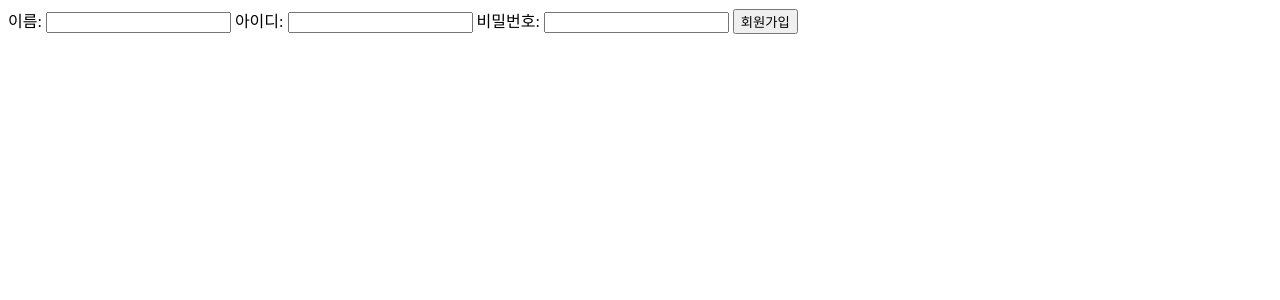
Repository: Shinipsae/2020JavaWeb-study
Page: http://localhost/servletex/view/signup.jsp
These files come from the project's save history. The page is drawn as it stood at one moment and after the next save; the edit follows.
The browser window is 1280 px wide. The pictures show the whole page.
The page is served by Tomcat 9. Other server files are loaded and not shown.

Above is the page before, as saved 2020-09-26 04:51:02.

### servletex/WebContent/view/signup.jsp
<%@ page language="java" contentType="text/html; charset=UTF-8"
    pageEncoding="UTF-8"%>
<!DOCTYPE html>
<html>
<head>
<meta charset="UTF-8">
<title>회원가입</title>
</head>
<body>
<form action="post" action = "<%=request.getContextPath()%>/signup">
	이름: <input type="text" name="name">
	아이디: <input type="text" name="id">
	비밀번호: <input type="text" name="pw">
	<input type="submit" value="회원가입">
</form>
</body>
</html>

After the next save:
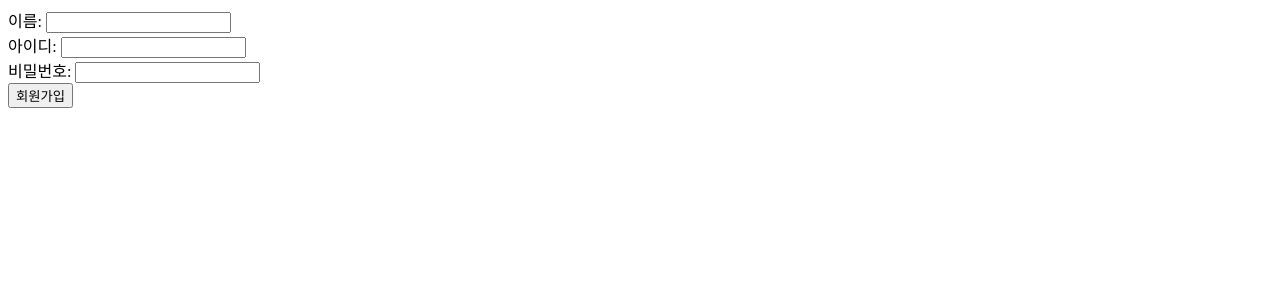
Saved 40 s later.
--- a/servletex/WebContent/view/signup.jsp
+++ b/servletex/WebContent/view/signup.jsp
@@ -8,9 +8,9 @@
 </head>
 <body>
 <form action="post" action = "<%=request.getContextPath()%>/signup">
-	이름: <input type="text" name="name">
-	아이디: <input type="text" name="id">
-	비밀번호: <input type="text" name="pw">
+	이름: <input type="text" name="name"> <br>
+	아이디: <input type="text" name="id"> <br>
+	비밀번호: <input type="text" name="pw"> <br>
 	<input type="submit" value="회원가입">
 </form>
 </body>
